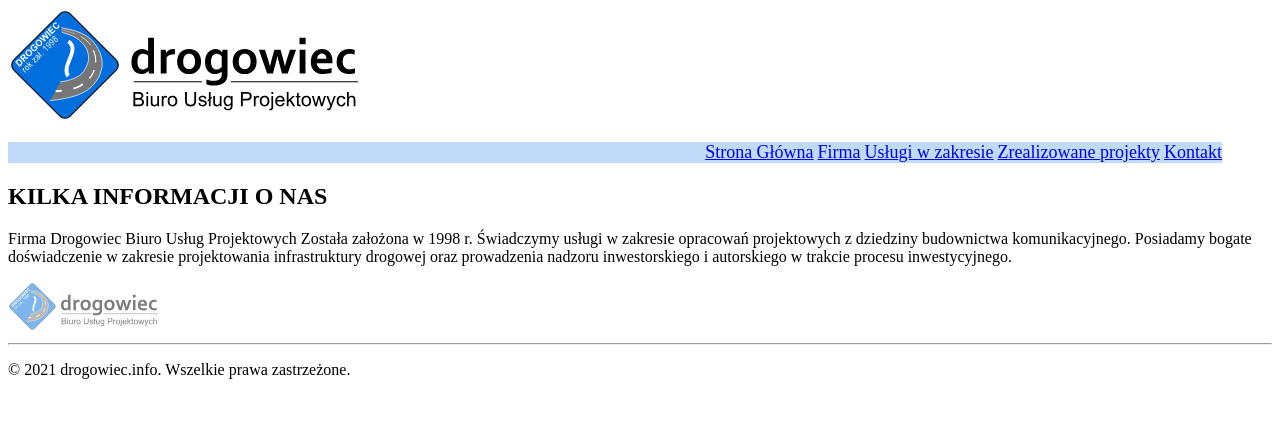
Repository: AdamBodzak/WTF_v2
Page: index.html
An editor plug-in stored every save of this project. The page is shown before and after the next save, followed by the edit.
The browser window is 1280 px wide. The pictures show the whole page.

Above is the page before, as saved 2021-01-06 14:33:49.

### index.html
<!DOCTYPE html>
<html lang="pl">
<head>
    <meta charset="UTF-8">
    <meta name="viewport" content="width=device-width, initial-scale=1.0">
    <link rel="preconnect" href="https://fonts.gstatic.com">
    <link rel="stylesheet" href="style.css" type="text/css">
    <title>DROGOWIEC Biuro Usług Projektowych</title>
</head>
<body>
    <main>
        <header>
                <a href="index.html">
                    <img id="logo" src="./img/Logo.svg" alt="Logo image">
                </a>
            <nav>
                <ul id="nawigationBar">
                    <li class="menuItem"> <a href="#"> Strona Główna</a></li>
                    <li class="menuItem"> <a href="#"> Firma</a></li>
                    <li class="menuItem"> <a href="#"> Usługi w zakresie</a></li>
                    <li class="menuItem"> <a href="#"> Zrealizowane projekty</a></li>
                    <li class="menuItem"> <a href="#"> Kontakt</a></li>
                </ul>
            </nav>
        </header>
            <section>
                <h1>KILKA INFORMACJI O NAS</h1>
                <p>
                    Firma Drogowiec Biuro Usług Projektowych Została założona w 1998 r.
                    Świadczymy usługi w zakresie opracowań projektowych z dziedziny budownictwa
                    komunikacyjnego. Posiadamy bogate doświadczenie w zakresie projektowania infrastruktury
                    drogowej oraz prowadzenia nadzoru inwestorskiego i autorskiego w trakcie procesu inwestycyjnego.
                </p>
            </section>
        <footer>
            <div>
                <img id="logoFooter" src="./img/Logo.svg" alt="Logo image">
            </div>
            <div id="kontakt">

            </div>
            <hr>
            <p>
                © 2021 drogowiec.info. Wszelkie prawa zastrzeżone.
            </p>
        </footer>
    </main>
</body>
</html>

### style.css
@import url('https://fonts.googleapis.com/css2?family=Roboto:wght@300;500&display=swap');

#logo {
    width: 350px;
}

#nawigationBar{
    background-color: #BFDBF7;
    text-align: right;
    margin-right: 50px;
}
.menuItem{
    display: inline-block;
    font-size: 18px;
    color: black;
}

#logoFooter {
    width: 150px;
    opacity: 0.5;
}

Loaded but not shown: img/Logo.svg (19 lines, source omitted)

After the next save:
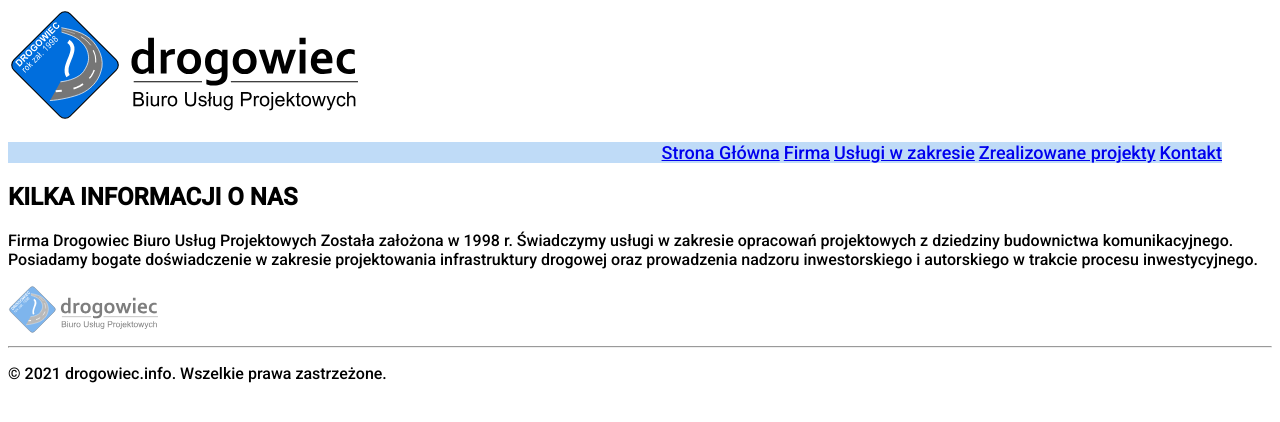
Saved 104 s later.
--- a/style.css
+++ b/style.css
@@ -1,5 +1,8 @@
 @import url('https://fonts.googleapis.com/css2?family=Roboto:wght@300;500&display=swap');
 
+* {
+    font-family: 'Roboto', sans-serif;
+}
 #logo {
     width: 350px;
 }
